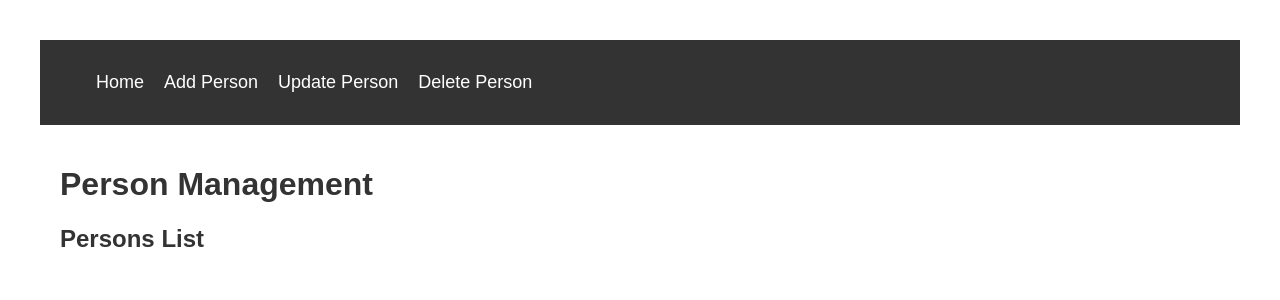
Repository: FilipBienkowski3/WDAI23-24
Page: / (app in services/python/application/frontend/my-app/)
An editor plug-in stored every save of this project. The page is shown before and after a run of saves, followed by the edit.
The browser window is 1280 px wide. The pictures show the whole page.
The page's requests for data from a server got no answer. The project was rebuilt for these pictures with package versions that can differ from the ones it lists, and the page was loaded fresh each time. No one was signed in, and anything a server would have sent is missing. Also part of the build but not shown: services/python/application/frontend/my-app/src/components/CreatePerson.js, services/python/application/frontend/my-app/src/components/UpdatePerson.js, services/python/application/frontend/my-app/src/components/DeletePerson.js.

Above is the page before, as saved 2025-01-05 20:55:25.

### services/python/application/frontend/my-app/src/index.js
import React from 'react';
import ReactDOM from 'react-dom/client';
import './index.css';
import App from './App';
import reportWebVitals from './reportWebVitals';

const root = ReactDOM.createRoot(document.getElementById('root'));
root.render(
  <React.StrictMode>
    <App />
  </React.StrictMode>
);

// If you want to start measuring performance in your app, pass a function
// to log results (for example: reportWebVitals(console.log))
// or send to an analytics endpoint. Learn more: https://bit.ly/CRA-vitals
reportWebVitals();
//punkt wejscia aplikacji

### services/python/application/frontend/my-app/src/App.js
import React from 'react';
import { BrowserRouter as Router, Route, Routes, Link } from 'react-router-dom';
import './styles.css';
import Home from './components/Home'; // Importuj Home.js
import CreatePerson from './components/CreatePerson';
import UpdatePerson from './components/UpdatePerson';
import DeletePerson from './components/DeletePerson';

function App() {
  return (
    <Router>
      <div>
        {/* Navbar */}
        <nav>
          <ul>
            <li><Link to="/">Home</Link></li>
            <li><Link to="/create">Add Person</Link></li>
            <li><Link to="/update">Update Person</Link></li>
            <li><Link to="/delete">Delete Person</Link></li>
          </ul>
        </nav>

        {/* Routes */}
        <Routes>
          <Route path="/" element={<Home />} /> {/* Ustaw Home jako stronę główną */}
          <Route path="/create" element={<CreatePerson />} />
          <Route path="/update" element={<UpdatePerson />} />
          <Route path="/delete" element={<DeletePerson />} />
        </Routes>
      </div>
    </Router>
  );
}

export default App;

### services/python/application/frontend/my-app/src/styles.css
/* styles.css */
body {
    font-family: Arial, sans-serif;
  }

  nav {
    background-color: #333;
    padding: 1rem;
  }

  nav ul {
    list-style-type: none;
  }

  nav ul li {
    display: inline;
    margin-right: 20px;
  }

  nav ul li a {
    color: white;
    text-decoration: none;
    font-size: 18px;
  }

  nav ul li a:hover {
    color: #ddd;
  }

  h1, h2 {
    color: #333;
  }

  div {
    padding: 20px;
  }

### services/python/application/frontend/my-app/src/components/Home.js
import React, { useState, useEffect } from 'react';
import { getPersons } from '../api';

function Home() {
  const [persons, setPersons] = useState([]);

  useEffect(() => {
    fetchPersons();
  }, []);

  const fetchPersons = () => {
    getPersons().then((response) => {
      setPersons(response.data);
    });
  };

  return (
    <div>
      <h1>Person Management</h1>

      <h2>Persons List</h2>
      <ul>
        {persons.map((person) => (
          <li key={person.id}>
            {person.name} {person.surname} {person.job}
          </li>
        ))}
      </ul>
    </div>
  );
}

export default Home;

### services/python/application/frontend/my-app/src/api.js
// //plik konfiguracji do backendu
// import axios from 'axios';

// const API = axios.create({
//   baseURL: 'http://localhost:8080', // Adres Twojego backendu
// });

// export const getPersons = () => API.get('/person');

// export default API;
import axios from 'axios';

const API = axios.create({
  baseURL: 'http://localhost:5000', // Poprawny port dla Flask
});

export const getPersons = () => API.get('/person');
export const updatePerson = (id, name, surname, job) =>
  API.put(`/update/${id}`, { name, surname, job }); // Zmieniono query params na body
export const addPerson = (person) => API.post('/create', person);
export const deletePerson = (id) => API.delete(`/delete/${id}`);

export default API;

Loaded but not shown: services/python/application/frontend/my-app/public/index.html (common file); services/python/application/frontend/my-app/src/index.css (common file); services/python/application/frontend/my-app/src/reportWebVitals.js (common file)

After the next 5 saves:
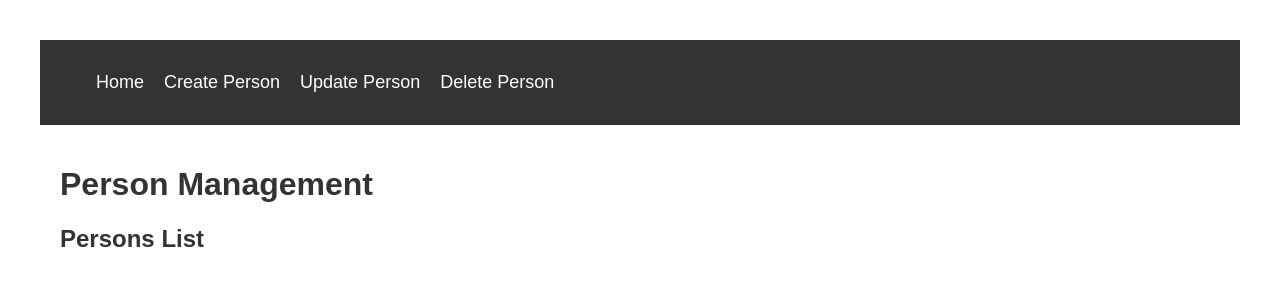
The 5 saves are shown as one change because they came seconds apart.
The last was saved 13 min 50 s later.
--- a/services/python/application/frontend/my-app/src/App.js
+++ b/services/python/application/frontend/my-app/src/App.js
@@ -14,7 +14,7 @@ function App() {
         <nav>
           <ul>
             <li><Link to="/">Home</Link></li>
-            <li><Link to="/create">Add Person</Link></li>
+            <li><Link to="/create">Create Person</Link></li>
             <li><Link to="/update">Update Person</Link></li>
             <li><Link to="/delete">Delete Person</Link></li>
           </ul>
